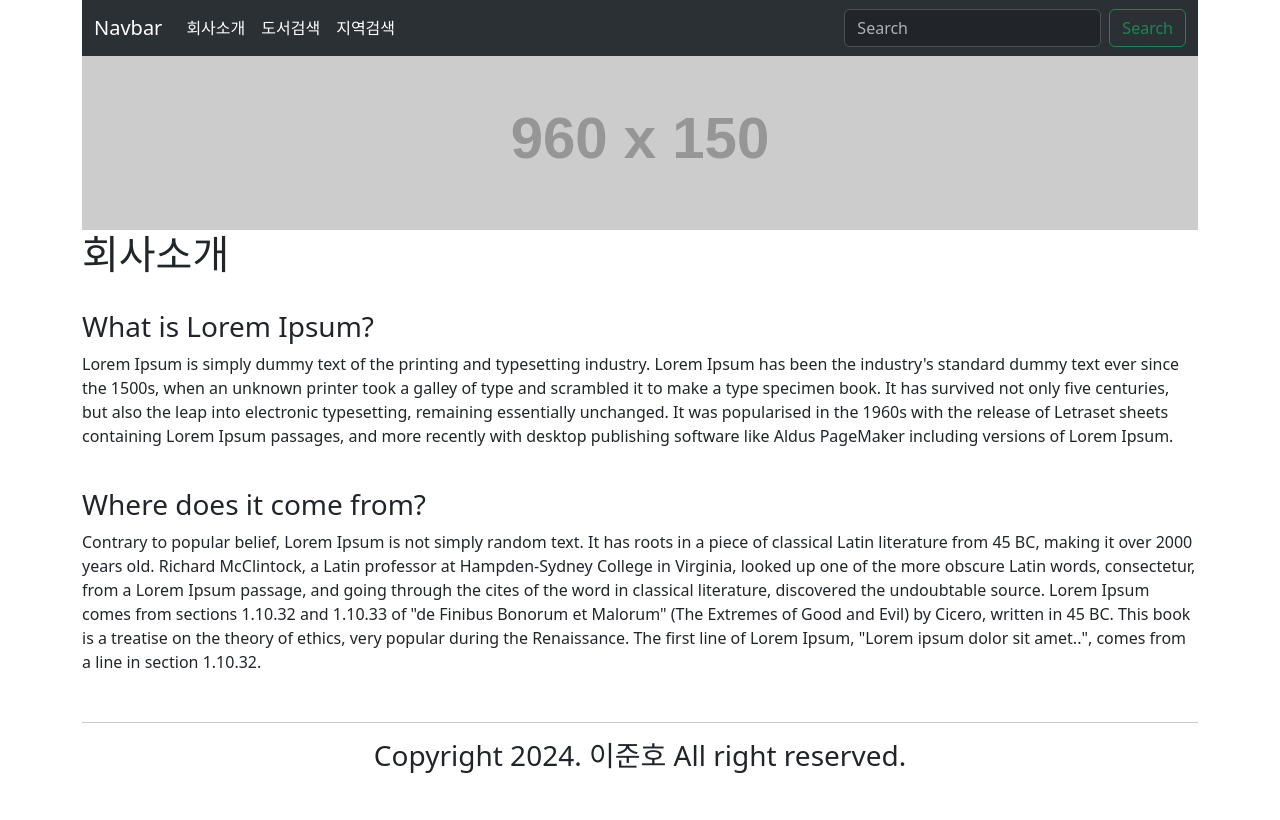
Repository: Simon-JunhoLee/KOSMO_JSP
Page: http://localhost/ex01/user/join
These files come from the project's save history. The page is drawn as it stood at one moment and after the next save; the edit follows.
The browser window is 1280 px wide. The pictures show the whole page.
The page is served by Tomcat 9.

Above is the page before, as saved 2024-04-29 02:42:36.

After the next save:
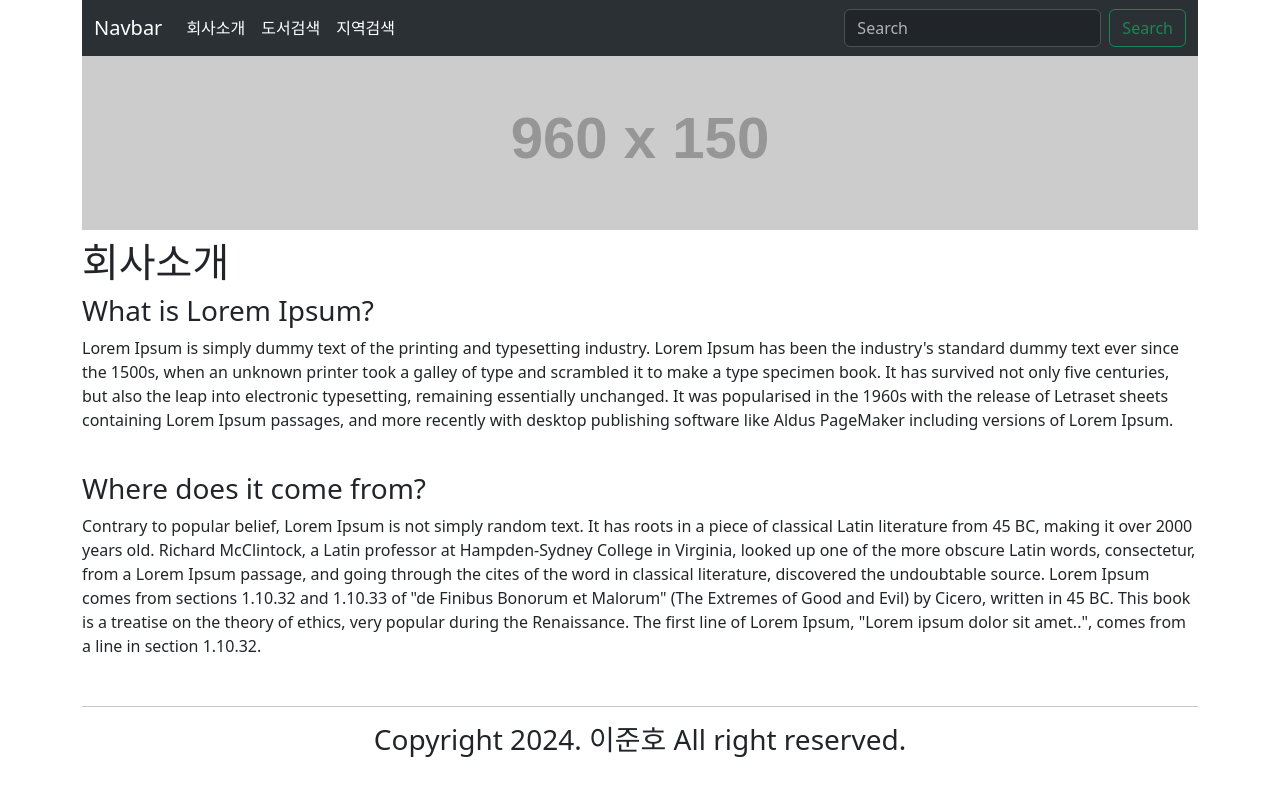
Saved 30 s later.
--- a/ex01/src/main/webapp/about.jsp
+++ b/ex01/src/main/webapp/about.jsp
@@ -1,7 +1,7 @@
 <%@ page language="java" contentType="text/html; charset=UTF-8"
     pageEncoding="UTF-8"%>
 <div>
-	<h1>회사소개</h1><br>
+	<h1 class="mt-2 mb-2">회사소개</h1>
 	<h3>What is Lorem Ipsum?</h3>
 	<p>Lorem Ipsum is simply dummy text of the printing and typesetting industry.
 	Lorem Ipsum has been the industry's standard dummy text ever since the 1500s,

After the save that followed:
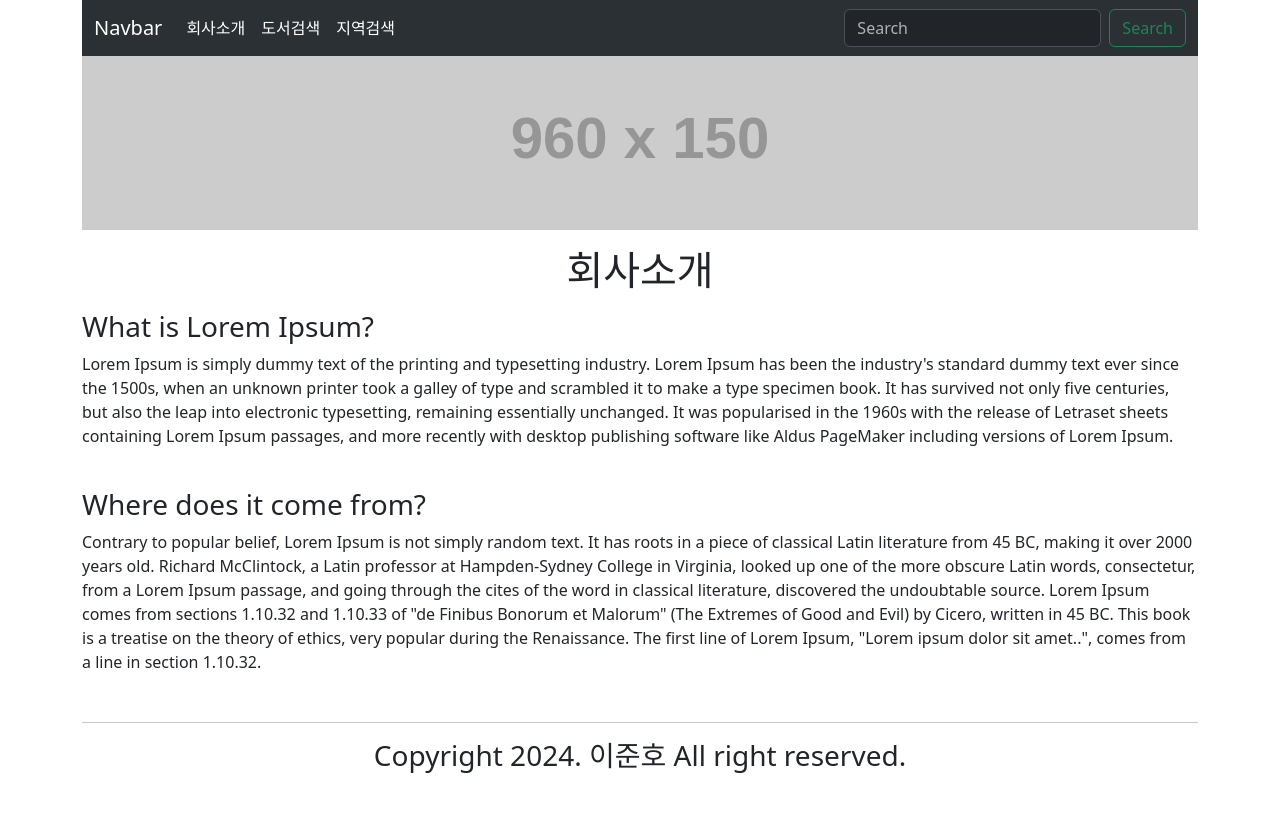
Saved 10 s later.
--- a/ex01/src/main/webapp/about.jsp
+++ b/ex01/src/main/webapp/about.jsp
@@ -1,7 +1,7 @@
 <%@ page language="java" contentType="text/html; charset=UTF-8"
     pageEncoding="UTF-8"%>
 <div>
-	<h1 class="mt-2 mb-2">회사소개</h1>
+	<h1 class="mt-3 mb-3 text-center">회사소개</h1>
 	<h3>What is Lorem Ipsum?</h3>
 	<p>Lorem Ipsum is simply dummy text of the printing and typesetting industry.
 	Lorem Ipsum has been the industry's standard dummy text ever since the 1500s,
